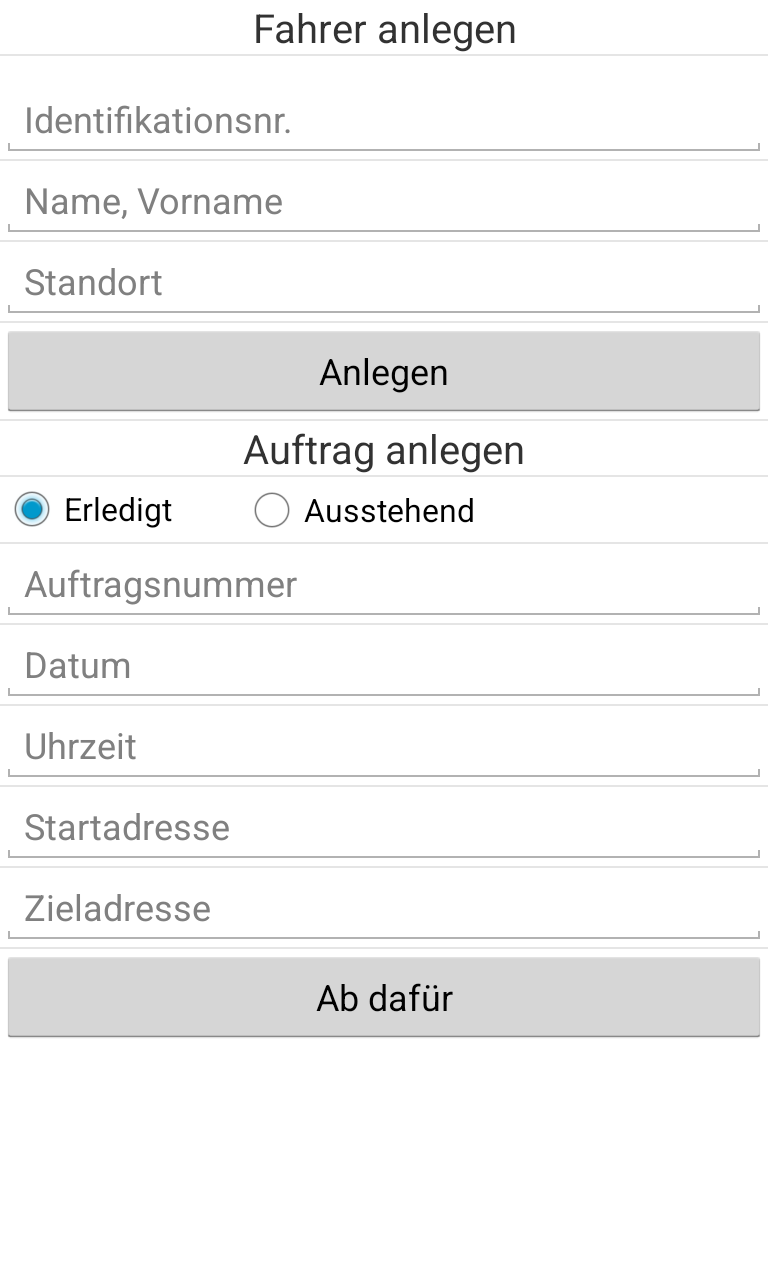
Repository: VroniZinsser/Kurierdienst
Layout: KurierdienstVroni/res/layout/activity_manager.xml
An editor plug-in stored every save of this project. The layout is shown before and after the next save, followed by the edit.
It is drawn on a 768 x 1280 px phone screen (xhdpi) without system bars, with theme AppTheme; the app's code is not run. The app's manifest (not shown) leaves right-to-left support off. So textAlignment, textDirection and layoutDirection are ignored, and left and right values win over start and end ones.

Above is the layout before, as saved 2014-07-16 10:03:22.

### KurierdienstVroni/res/layout/activity_manager.xml
<?xml version="1.0" encoding="utf-8"?>

<LinearLayout xmlns:android="http://schemas.android.com/apk/res/android"
    android:layout_width="match_parent"
    android:layout_height="match_parent"
    android:divider="?android:attr/listDivider"
    android:orientation="vertical"
    android:showDividers="middle" >

    <TextView
        android:id="@+id/fahrer"
        android:layout_width="match_parent"
        android:layout_height="wrap_content"
        android:gravity="center_vertical|center_horizontal"
        android:textSize="20sp"
        android:text="@string/fahrer" />

    <EditText
        android:id="@+id/fahrer_id"
        android:layout_width="match_parent"
        android:layout_height="wrap_content"
        android:layout_marginTop="12dp"
        android:hint="@string/fahrer_id"></EditText>

    <EditText
        android:id="@+id/fahrer_name"
        android:layout_width="match_parent"
        android:layout_height="wrap_content"
        android:hint="@string/fahrer_name"></EditText>

    <EditText
        android:id="@+id/standort"
        android:layout_width="match_parent"
        android:layout_height="wrap_content"
        android:hint="@string/fahrer_standort"></EditText>

        <Button
            android:id="@+id/fahrer_submit"
            android:layout_width="match_parent"
            android:layout_height="wrap_content"
            android:layout_gravity="center_vertical|center_horizontal"
            android:gravity="center_vertical|center_horizontal"
            android:text="@string/fahrer_anlegen"
            android:textAlignment="center" />

    <TextView
        android:layout_width="match_parent"
        android:layout_height="wrap_content"
        android:gravity="center_vertical|center_horizontal"
        android:textSize="20sp"
        android:text="@string/anlegen_text" />

    <RadioGroup
        android:id="@+id/choose_pre_drinks"
        android:layout_width="wrap_content"
        android:layout_height="wrap_content">

        <RadioButton
            android:id="@+id/erledigt"
            android:layout_width="wrap_content"
            android:layout_height="wrap_content"
            android:checked="true"
            android:text="@string/erledigt" />

        <RadioButton
            android:id="@+id/ausstehend"
            android:layout_width="wrap_content"
            android:layout_height="wrap_content"
            android:layout_marginLeft="120dp"
            android:layout_marginTop="-32dp"
            android:text="@string/ausstehend" />

    </RadioGroup>

    <EditText
        android:id="@+id/auftragsnummer"
        android:layout_width="match_parent"
        android:layout_height="wrap_content"
        android:hint="@string/auftragsnummer"></EditText>

    <EditText
        android:id="@+id/datum"
        android:layout_width="match_parent"
        android:layout_height="wrap_content"
        android:hint="@string/datum"></EditText>

    <EditText
        android:id="@+id/uhrzeit"
        android:layout_width="match_parent"
        android:layout_height="wrap_content"
        android:hint="@string/uhrzeit"></EditText>

    <EditText
        android:id="@+id/start"
        android:layout_width="match_parent"
        android:layout_height="wrap_content"
        android:hint="@string/start"></EditText>

   	<EditText
        android:id="@+id/ziel"
        android:layout_width="match_parent"
        android:layout_height="wrap_content"
        android:hint="@string/ziel"></EditText>





    <Button
            android:id="@+id/lets_go"
            android:layout_width="match_parent"
            android:layout_height="wrap_content"
            android:layout_gravity="center_vertical|center_horizontal"
            android:gravity="center_vertical|center_horizontal"
            android:text="@string/anlegen"
            android:textAlignment="center" />


</LinearLayout>

### KurierdienstVroni/res/values/strings.xml
<?xml version="1.0" encoding="utf-8"?>
<resources>

    <string name="app_name">Kurierdienst</string>
    <string name="action_settings">Settings</string>
    <string name="anlegen_text">Auftrag anlegen</string>
    <string name="erledigt">Erledigt</string>
    <string name="ausstehend">Ausstehend</string>
    <string name="anlegen">Ab dafür</string>
    <string name="datum">Datum</string>
    <string name="uhrzeit">Uhrzeit</string>
    <string name="auftragsnummer">Auftragsnummer</string>
    <string name="start">Startadresse</string>
    <string name="ziel">Zieladresse</string>
     <string name="fahrer">Fahrer anlegen</string>
    <string name="fahrer_id">Identifikationsnr.</string>
    <string name="fahrer_name">Name, Vorname</string>
    <string name="fahrer_standort">Standort</string>
     <string name="fahrer_anlegen">Anlegen</string>

</resources>

Loaded but not shown: KurierdienstVroni/res/values/styles.xml (common file); KurierdienstVroni/res/values-v11/styles.xml (common file); KurierdienstVroni/res/values-v14/styles.xml (common file)

After the next save:
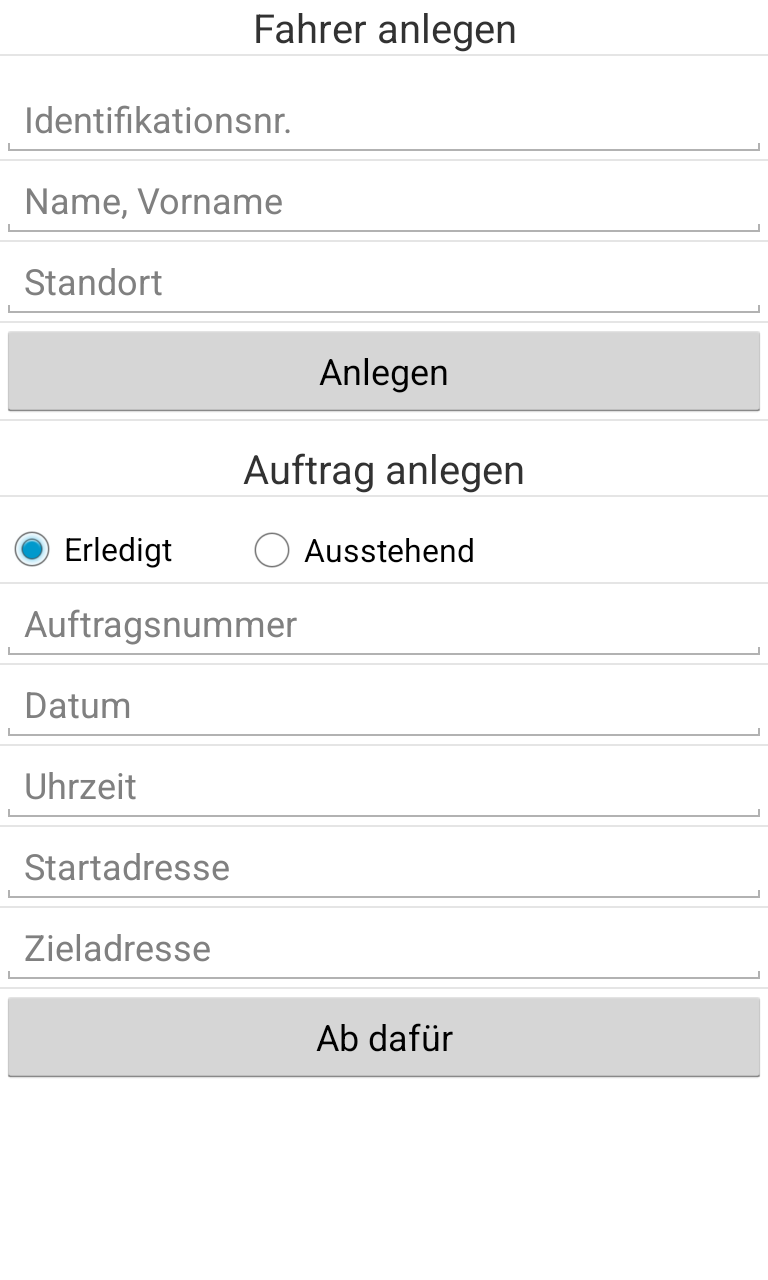
Saved 5 min 28 s later.
--- a/KurierdienstVroni/res/layout/activity_manager.xml
+++ b/KurierdienstVroni/res/layout/activity_manager.xml
@@ -1,4 +1,8 @@
 <?xml version="1.0" encoding="utf-8"?>
+
+<ScrollView xmlns:android="http://schemas.android.com/apk/res/android"
+    android:layout_width="match_parent"
+    android:layout_height="match_parent">
 
 <LinearLayout xmlns:android="http://schemas.android.com/apk/res/android"
     android:layout_width="match_parent"
@@ -6,6 +10,8 @@
     android:divider="?android:attr/listDivider"
     android:orientation="vertical"
     android:showDividers="middle" >
+
+
 
     <TextView
         android:id="@+id/fahrer"
@@ -48,12 +54,14 @@
         android:layout_height="wrap_content"
         android:gravity="center_vertical|center_horizontal"
         android:textSize="20sp"
+        android:layout_marginTop="10dp"
         android:text="@string/anlegen_text" />
 
     <RadioGroup
         android:id="@+id/choose_pre_drinks"
         android:layout_width="wrap_content"
-        android:layout_height="wrap_content">
+        android:layout_height="wrap_content"
+        android:layout_marginTop="10dp">
 
         <RadioButton
             android:id="@+id/erledigt"
@@ -117,3 +125,4 @@
 
 
 </LinearLayout>
+</ScrollView>
